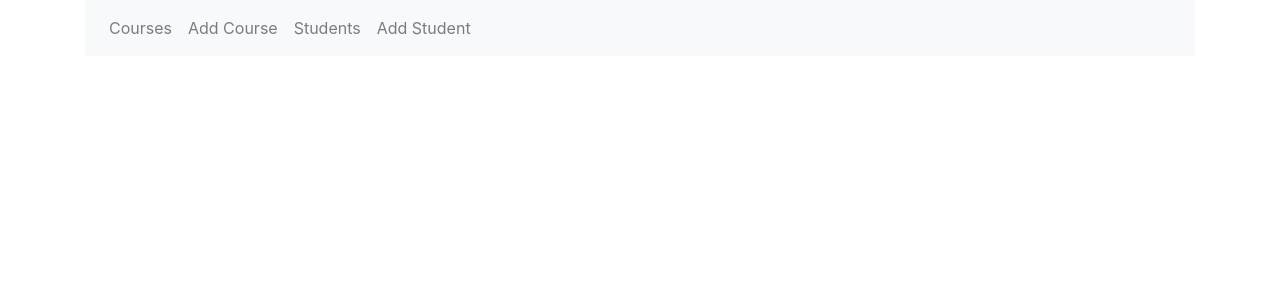
Repository: pyaephyotint22/Maven-Student-Course
Page: http://localhost/06-EL-JSTL/
The author's editor kept a copy of each file at every save. The page is drawn from the files as they stood at one save, then again after the next save.
The browser window is 1280 px wide. The pictures show the whole page.
The page is served by Tomcat 9. Other server files are loaded and not shown.

Above is the page before, as saved 2020-12-20 03:55:55.

### 06-EL-JSTL/src/main/webapp/index.jsp
<%@ page language="java" contentType="text/html; charset=ISO-8859-1"
    pageEncoding="ISO-8859-1"%>
<!DOCTYPE html>
<html>
<head>
<meta charset="ISO-8859-1">
<title>Home</title>
<link href="./common/css/bootstrap.min.css" rel="stylesheet" type="text/css"/>
<script type="text/javascript" src="./common/js/jquery.min.js"></script>
<script type="text/javascript" src="./common/js/bootstrap.min.js"></script>
</head>
<body>
	<div class="container">
		<nav class="navbar navbar-expand-lg navbar-light bg-light">
			  <ul class="navbar-nav">
			  <li class="nav-item">
                <a class="nav-link" href="#">Courses</a>
             </li>
		        <li class="nav-item">
		          <a class="nav-link" href="#">Add Course</a>
		        </li>
		        <li class="nav-item">
                <a class="nav-link" href="#">Students</a>
             </li>
		        <li class="nav-item">
		          <a class="nav-link" href="#">Add Student</a>
		        </li>
			  </ul>
		</nav>
	</div>
</body>
</html>

Loaded but not shown: 06-EL-JSTL/src/main/webapp/common/css/bootstrap.min.css (library); 06-EL-JSTL/src/main/webapp/common/js/jquery.min.js (library); 06-EL-JSTL/src/main/webapp/common/js/bootstrap.min.js (library)

After the next save:
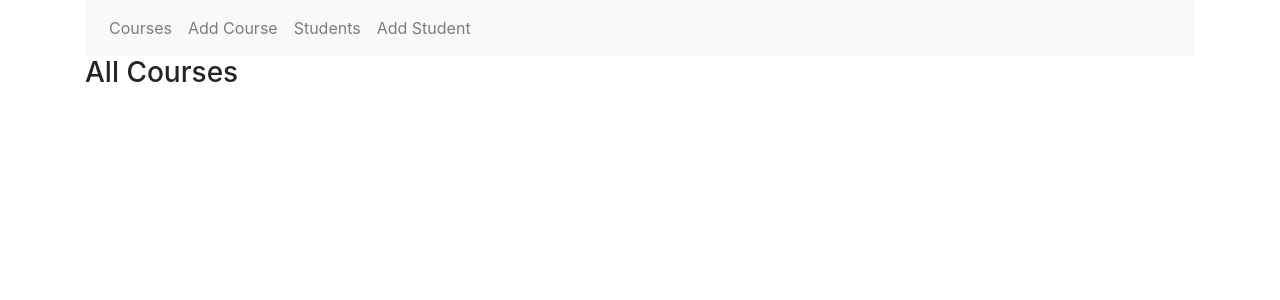
Saved 2 min 38 s later.
--- a/06-EL-JSTL/src/main/webapp/index.jsp
+++ b/06-EL-JSTL/src/main/webapp/index.jsp
@@ -27,6 +27,11 @@
 		        </li>
 			  </ul>
 		</nav>
+		<div class="row">
+			<div class="col">
+				<h3>All Courses</h3>
+			</div>
+		</div>
 	</div>
 </body>
 </html>
